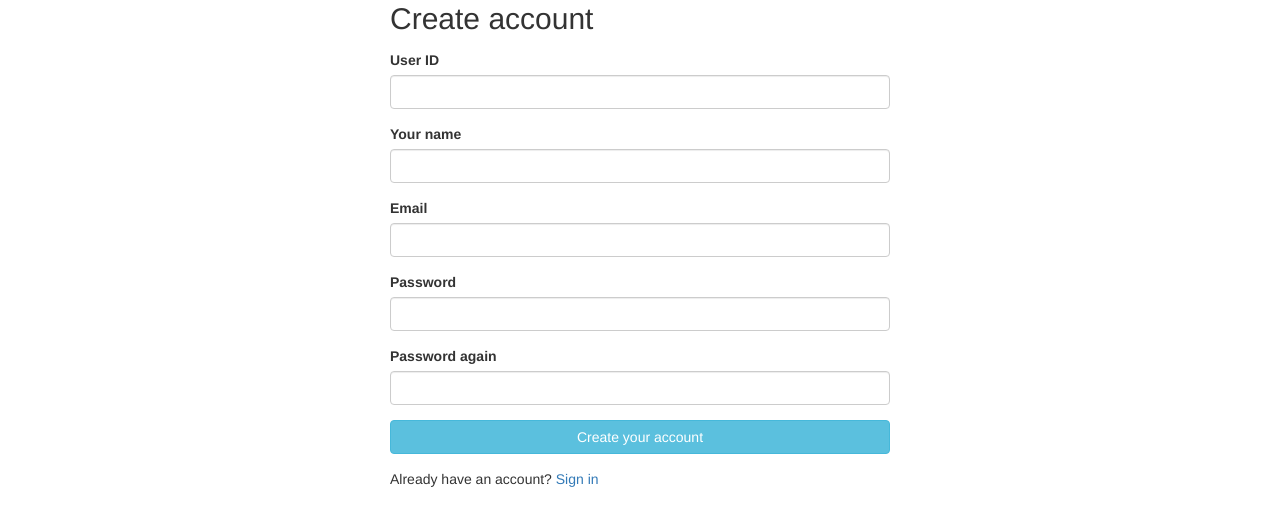
Repository: vishnujayabalan/MobileShopping
Page: http://localhost/frontend/WEB-INF/view/Register.jsp
These files come from the project's save history. The page is drawn as it stood at one moment and after the next save; the edit follows.
The browser window is 1280 px wide. The pictures show the whole page.
Some web libraries are served in a nearby version. The page is served by Tomcat 9. Nobody is signed in. The template is opened directly, without the code that normally fills it, so the values that code supplies are empty.

Above is the page before, as saved 2017-04-03 09:20:20.

After the next save:
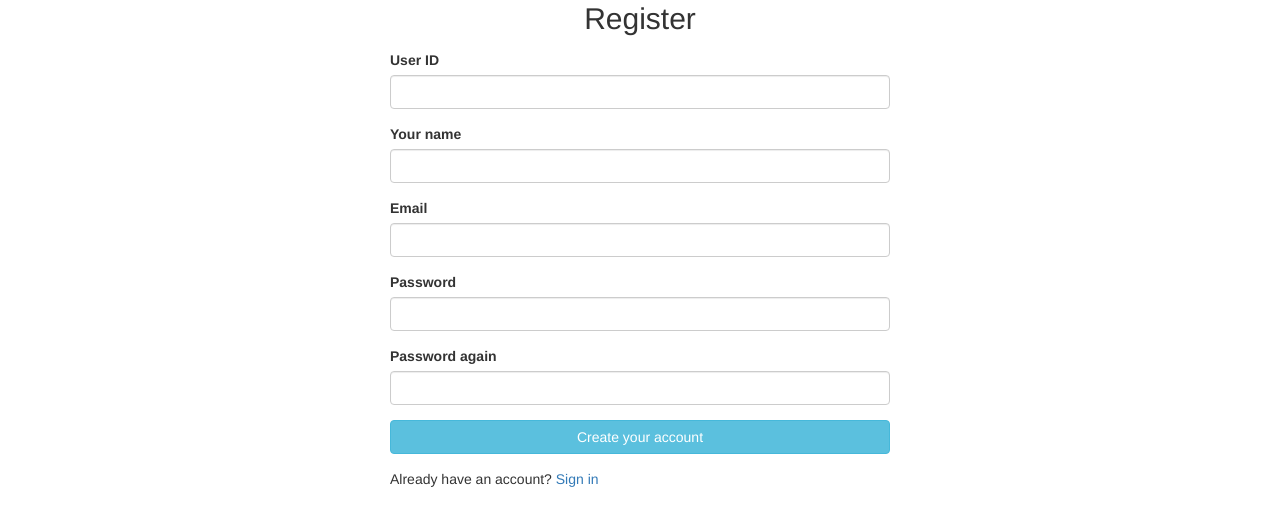
Saved 69 s later.
--- a/frontend/src/main/webapp/WEB-INF/view/Register.jsp
+++ b/frontend/src/main/webapp/WEB-INF/view/Register.jsp
@@ -51,7 +51,7 @@ h2 {
 		<div class="row">
 					<form method="POST" action="create_register" method="get">
 						<div class="form-group">
-							<h2>Create account</h2>
+							<center><h2>Register</h2></center>
 						</div>
 						<div class="form-group">
 							<label class="control-label" for="id">User ID</label>
